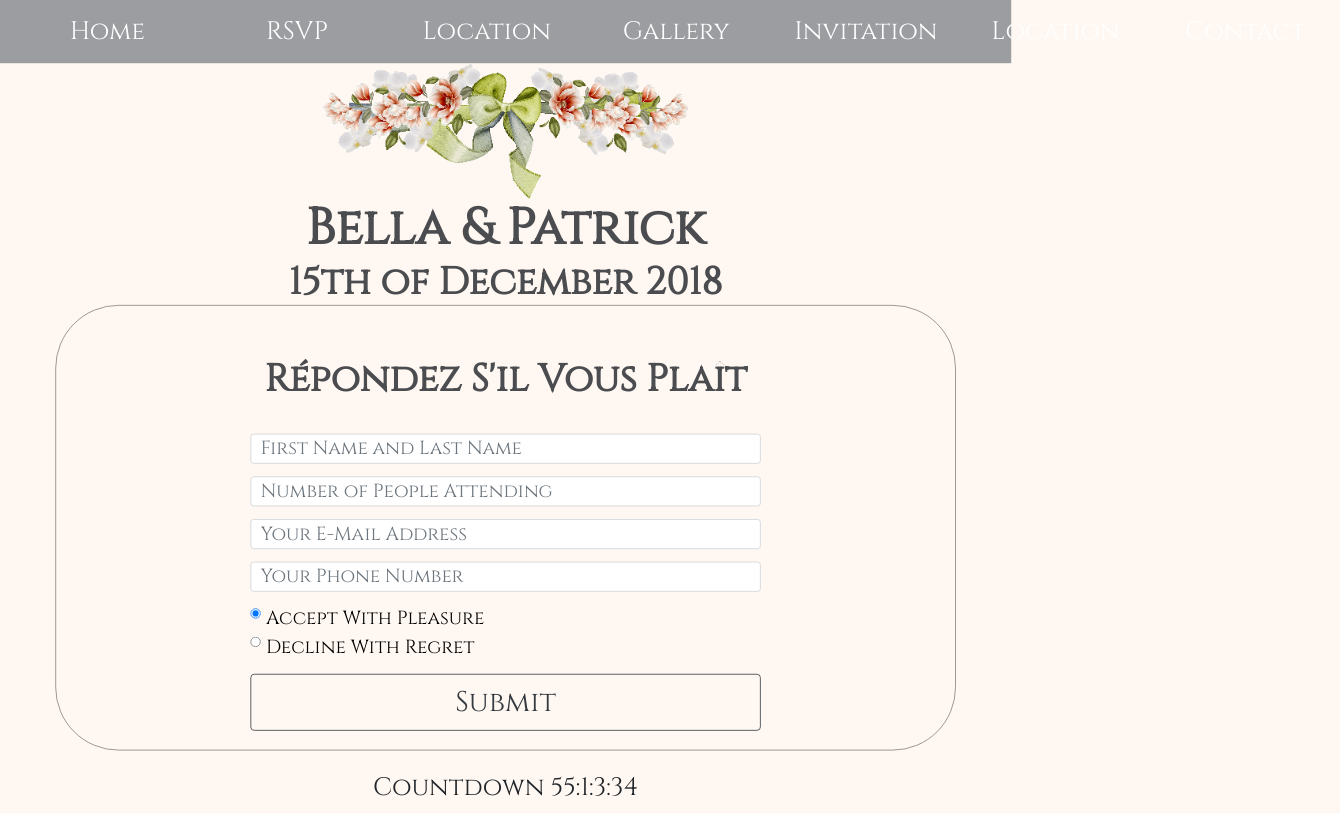
Repository: PMeiler/weddingApp
Page: http://localhost/form
The author's editor kept a record of every edit. The page is drawn from the files as they stood at one moment, then again after the next edit.
The browser window is 1280 px wide. The page is 1696 px wide, so the pictures cover 1696 px, including what lies to the right of the window. The pictures show the whole page, at 79% of full size.
Some web fonts or font styles are not loaded; a fallback is used. The page is served by the project's Node server (index.js). Other server files are loaded and not shown.

Above is the page before.

### views/public/form.ejs
<% include partials/header %>

<div class="container" style="border: 1px solid grey;border-radius:5rem;">
	<div class="jumbotron jumbotron-fluid">
	  <div class="container">
	  		<h1 class="display-4" id="header">Répondez S'il Vous Plaît </h1>
	    	<form style="width:60%; margin:2.5rem auto;" action="./form" method="POST">
	            <div class="form-group">
	                <input class="form-control" type="text" name="name" placeholder="First Name and Last Name" id="famName" required>
	            </div>
	            <div class="form-group" id="numbGroup">
	                <input class="form-control" type="text" name="numb" placeholder="Number of People Attending" id="numb" required>
	            </div>
	           	<div class="form-group">
	                <input class="form-control" type="text" name="email" placeholder="Your E-Mail Address" required>
	            </div>
	           	<div class="form-group">
	                <input class="form-control" type="text" name="tel" placeholder="Your Phone Number">
	            </div>


            <div class="form-group" id="radiobtn">



            	<div class="form-check">
				  <input class="form-check-input" type="radio" name="coming" id="exampleRadios1" value="coming" checked>
				  <label class="form-check-label" for="exampleRadios1">
				    Accept With Pleasure
				  </label>
				</div>


            	<div class="form-check">
				  <input class="form-check-input" type="radio" name="coming" id="exampleRadios1" value="nocoming" >
				  <label class="form-check-label" for="exampleRadios1">
				    Decline With Regret
				  </label>
				</div>


            </div>


            <div class="form-group">
                <button style="width:100%;" id="RSVP"  class="btn btn-outline-dark btn-lg">Submit</button>
            </div>
        </form>
	  </div>
	</div>
</div>

<% include partials/footer %>

### views/public/partials/header.ejs
<!DOCTYPE html>
<html>
<head>
	<title>From Grinberg to Meiler</title>
	<link rel="stylesheet" href="https://stackpath.bootstrapcdn.com/bootstrap/4.1.3/css/bootstrap.min.css" integrity="sha384-MCw98/SFnGE8fJT3GXwEOngsV7Zt27NXFoaoApmYm81iuXoPkFOJwJ8ERdknLPMO" crossorigin="anonymous">

	<!-- <link href="https://fonts.googleapis.com/css?family=Great+Vibes&amp;subset=latin-ext" rel="stylesheet">  -->
  	<link rel="stylesheet" href="CSS/style.css">
<link href="https://fonts.googleapis.com/css?family=Charmonman|Cinzel|Comfortaa|Dancing+Script|KoHo" rel="stylesheet">

</head>
<body>
<script src="Javascript/script.js"></script>



<nav class="navbar navbar-expand-lg navbar-dark bg-dark" id="navcolor">

  <button style="border-color:white;border-width:2px;height:4rem;font-size:2rem;" class="navbar-toggler" type="button" data-toggle="collapse" data-target="#navbarSupportedContent" aria-controls="navbarSupportedContent" aria-expanded="false" aria-label="Toggle navigation">
    <span style="color:white;" class="navbar-toggler-icon"></span>
  </button>
  	  <div class="collapse navbar-collapse" id="navbarSupportedContent">
	    <ul class="navbar-nav" style="margin:0 auto">
	      <li class="nav-item active">
	        <a class="nav-link" href="/">Home</a>
	      </li>
	      <li class="nav-item">
	        <a class="nav-link" href="./form">RSVP</a>
	      </li>
	       <li class="nav-item">
	        <a class="nav-link" href="./location">Location</a>
	      </li>
	      <li class="nav-item">
	        <a class="nav-link" href="./galery">Gallery</a>
	      </li>
	      <li class="nav-item">
	        <a class="nav-link" href="./invitation">Invitation</a>
	      </li>
	      <li class="nav-item">
	        <a class="nav-link" href="./location">Location</a>
	      </li>
	      <li class="nav-item">
	        <a class="nav-link" href="./hotelinfo">Contact</a>
	      </li>
	    </ul>
  </div>



</nav>

  	<div class="container">
			<img id="headofsite" src="blumen.png">
			<h1 class="display-4" id="titleLine" style="font-size:4rem;">Bella & Patrick</h1>
			<h1 class="display-4" id="titleLine" style="font-size:3rem;">15th of December 2018 </h1>
	</div>

### views/public/partials/footer.ejs
	<div class="cntdwn">
		<span class="countdown"></span>
	</div>
</div>


<script src="https://code.jquery.com/jquery-3.3.1.slim.min.js" integrity="sha384-q8i/X+965DzO0rT7abK41JStQIAqVgRVzpbzo5smXKp4YfRvH+8abtTE1Pi6jizo" crossorigin="anonymous"></script>
<script src="https://cdnjs.cloudflare.com/ajax/libs/popper.js/1.14.3/umd/popper.min.js" integrity="sha384-ZMP7rVo3mIykV+2+9J3UJ46jBk0WLaUAdn689aCwoqbBJiSnjAK/l8WvCWPIPm49" crossorigin="anonymous"></script>
<script src="https://stackpath.bootstrapcdn.com/bootstrap/4.1.3/js/bootstrap.min.js" integrity="sha384-ChfqqxuZUCnJSK3+MXmPNIyE6ZbWh2IMqE241rYiqJxyMiZ6OW/JmZQ5stwEULTy" crossorigin="anonymous"></script>
<script src="Javascript/scriptform.js"></script>
</body>
</html>

### index.js
var express = require("express");
var mongoose = require("mongoose");
var bodyParser = require("body-parser");
var Guest = require("./models/Guest.js")
var app = express();
var PORT = process.env.PORT || 3000;

const CONN_STRING3 = "mongodb://pmeiler:Axion912@ds237373.mlab.com:37373/weddingapp"
const CONN_STRING2 = "mongodb+srv://daedalus87:3LGrFX2olvYwoDLz!A1A2A3@cluster0-ms8bj.mongodb.net/test?retryWrites=true"
const CONN_STRING = "mongodb://daedalus87:3LGrFX2olvYwoDLz!A1A2A3@cluster0-shard-00-00-ms8bj.mongodb.net:27017,cluster0-shard-00-01-ms8bj.mongodb.net:27017,cluster0-shard-00-02-ms8bj.mongodb.net:27017/test?ssl=true&replicaSet=Cluster0-shard-0&authSource=admin&retryWrites=true"
app.set("view engine","ejs");
mongoose.connect(CONN_STRING3);
app.use(express.static(__dirname+"/public"));
app.use(bodyParser.urlencoded({extended: false}));

//GET-INDEX
app.get("/",function(req,res){
	res.render("./public/index")
});

//GET-ROUTE to find Form
app.get("/form",function(req,res){
	res.render("./public/form");
});

//POST-ROUTE for saving the rsvp Data
app.post("/form",function(req,res){

	var name = req.body.name;
	var numb = req.body.numb;
	var email = req.body.email;
	var tel = req.body.tel;
	var coming = req.body.coming;
	var guests = "";
	for(var i=0;i<=numb-2;i++){
		guests = guests + req.body["gname" + i] + "  // ";
	}
	Guest.create({
				name:name,
			    number: numb,
			    email: email,
			    tel:tel,
			    coming:coming,
			    guests:guests
				},function(err,guest){
					if(err){
						console.log(err);
						res.render("/form",{message:"Fehler"})
					}else{
						console.log(guest);
						res.redirect("/thanks");
					}
				});
	console.log(req.body);
	console.log(name+ " " + numb + " " + email +" " + tel + " " + coming);

});

//Contact
app.get("/hotelinfo",function(req,res){
	res.render("./public/contact");
});

//admin
app.get("/pasjimasjiadmin",function(req,res){
	Guest.find({coming:"coming"}, function(err,guest){
		if(err){
			res.status(404).send(err);
		}else{
			res.render("./public/admin",{guest:guest});
		}
	});

});

//galery
app.get("/galery",function(req,res){
	res.render("./public/galery");
});

//galery
app.get("/thanks",function(req,res){
	res.render("./public/thanks");
});


//invitation
app.get("/invitation",function(req,res){
	res.render("./public/invitation");
});


//location
app.get("/location",function(req,res){
	res.render("./public/location");
});

//

app.listen(PORT, function(){
	console.log("Server is listening on " + PORT);
	console.log(__dirname);
});

### public/CSS/style.css
body{
	background:rgba(255,245,238,0.8);
    font-size: 12px;
   	font-family: 'Cinzel', serif;

}

#navcolor{
	background-color:rgba(155, 157, 160,1) !important;
}

#titleLine{
	text-align: center;
	color:rgba(74, 76, 79,1);
	font-size: 6rem;
	margin-top: 0rem;
	margin-bottom: 0rem;
}

#header{
	color:rgba(74, 76, 79,1);
	text-align: center;
	font-size: 3rem;
	font-weight: bold;
	margin-top: 0.01em;
}

.row.display-flex {
  display: flex;
  flex-wrap: wrap;
}
.thumbnail {
  height: 100%;
}

#RSVPFRM{
	justify-content:center;
	margin:0 auto;
}

#navcenter{
	margin-left: 37%;
	margin-top: 0.4%;
}


#RSVP{
	justify-content: center;
	margin: auto;
	/*height: auto;
	width: 200px;*/
	font-size: 300%;
}

.testy{
	height:50px;
	width:50px;
}

#navbarID{
	background: rgba(50,50,50,0.8) !important;
}

.navmenu {
	 margin: 0 auto;
}
#slight{
	margin-top: 4rem;
}
.nav-link{
	color: rgba(255, 255, 255,1) !important;
	font-size: 2rem;
	display: flex;
	justify-content: center;
}

.img-thumbnail{
	padding: 0rem;
	margin-top: 1rem;
	border: 0px solid #dee2e6;
	border-radius: 0rem;
	max-width: 100%;
	height: auto;
	margin: 0 auto;
	object-fit: cover;
}

.col-sm{
	padding-left: 0px;
	padding-right: 0px;
}

.jumbotron.jumbotron-fluid{
	background: transparent;
	color: black;
	/*margin:0 auto;*/
	margin-bottom: -5rem;

}

.display-4{
	color:purple;
}



.cntdwn{
	margin-top: 1.75%;
	margin-bottom: auto;
	align-items: center;
	display: flex;
	justify-content: center;
	font-size: 2rem;
	text-align: center;
}

#textali{
	text-align: center;
	font-size: 2rem;
	margin-top: 1em;
	font-family: 'KoHo', sans-serif;
}


.nav-link:hover{
	color: black !important;
}

#headofsite{
	margin-left: auto;
	margin-right: auto;
	display: block;
}
.former{
	margin-top: 200px;
}
.form-control{
	font-size:1.5rem;
}
#cont{
	position: center;
	margin-top: 3%;
	height: 37em;
	color: white;
	border: 0.1px solid grey;
	border-radius: 5rem;
}

#radiobtn{
	font-size: 1.5rem;
}

#cont2{
	position: center;
	margin-top: 3%;
	height: 38rem;
	color: white;
	border: 0.1px solid grey;
	border-radius: 5rem;
}

.jumbotron{
	background-color: rgba(0,0,0,0.4);
}

.display-4{
	color:white;
	font-weight: bold;
	text-align: center;
}

.lead{
	font-size: 150%;
	text-align: center;
}

.nav.nav-center {
    margin:0;
    float:none;
}

.navbar-inner{
    text-align:center;
}


.nav.navbar-nav {
	display: flex;
	justify-content: center;
	flex-wrap: wrap;

}
@media (min-width: 768px) {
	.navbar-nav {
		float: none;
	}
}
li{
	margin: 0 auto;
	width:20em;
}

### public/Javascript/script.js
//alert("test")
//var endDat = new Date("December 15,2018,18:00:00");

window.setInterval(function(){
 var timeObj = getTimes(new Date("December 15,2018,18:00:00"),new Date());
 $(".countdown").text("Countdown " + timeObj.days + ":" + timeObj.hours + ":" + timeObj.minutes + ":" + timeObj.seconds);
 //console.log(timeObj.hours + ":" + timeObj.minutes + ":" + timeObj.seconds );
}, 1000);



function getTimes(endDate, startDate){
	var delta = Math.abs(endDate - startDate) / 1000;
	// calculate (and subtract) whole days
	var days = Math.floor(delta / 86400);
	delta -= days * 86400;
	// calculate (and subtract) whole hours
	var hours = Math.floor(delta / 3600) % 24;
	delta -= hours * 3600;
	// calculate (and subtract) whole minutes
	var minutes = Math.floor(delta / 60) % 60;
	delta -= minutes * 60;
	// what's left is seconds
	var seconds = Math.floor(delta % 60);  // in theory the modulus is not required

	var timeObj = {
					days:
						days,
					hours:
						hours,
					minutes:
					   	minutes,
					seconds:
					   	seconds
				   	};
	return timeObj;
}

### public/Javascript/scriptform.js
//alert("test")
//var endDat = new Date("December 15,2018,18:00:00");


$("#numb").change(function(){
	$(".addedItem").remove();
	var numbVal = $("#numb").val();
	if(numbVal>1){
		numbVal-=1;
		var content = "";
		console.log("Loop begins:")
		for(var i=0;i<=numbVal-1;i++){
			content = "<div class='form-group'> ";
			content = content + "<input class='form-control addedItem' type='text' name='gname" + i + "' placeholder='First Name and Last Name' required>";
			content=content + " </div>";
			$("#numbGroup").before(content);
		}
	}

});

After the next edit:
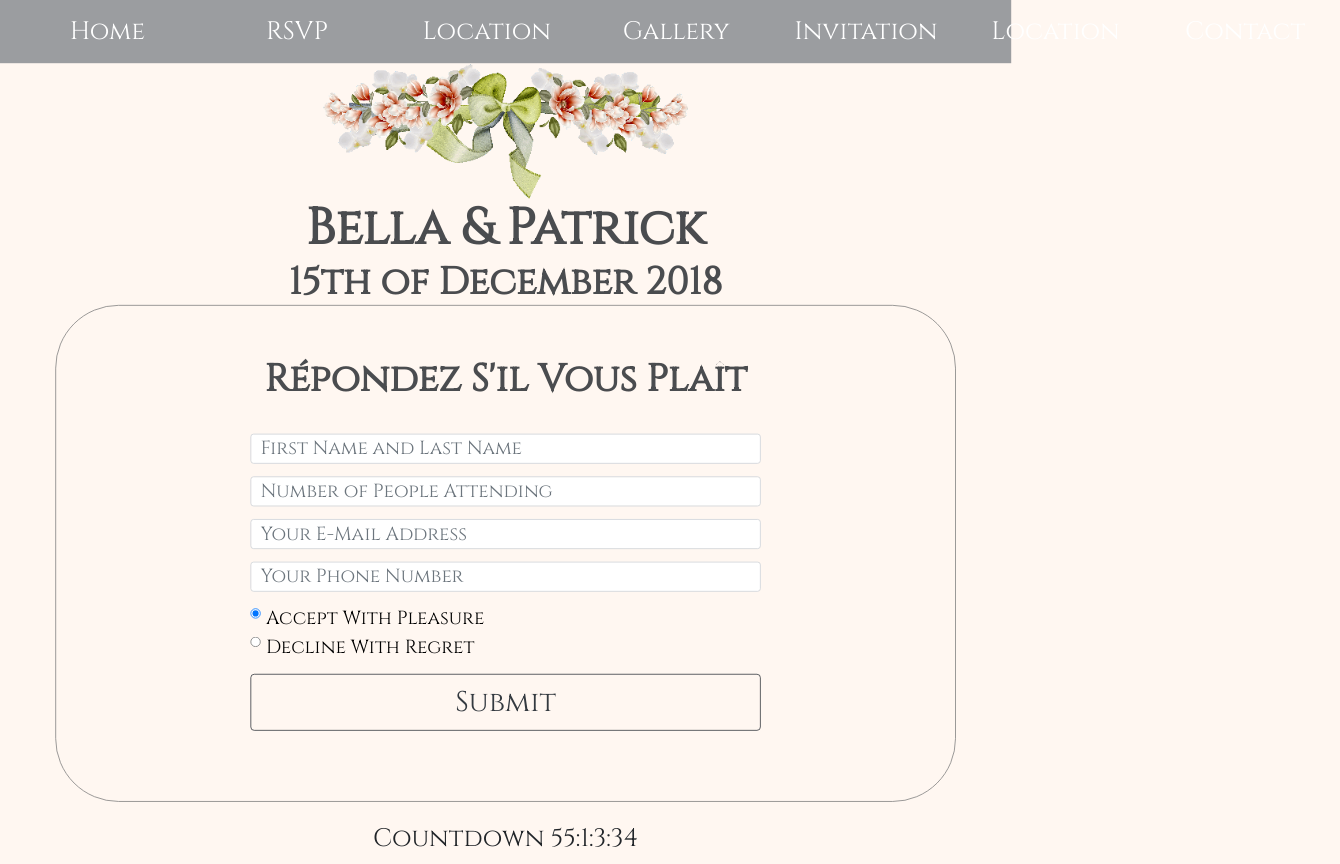
The edit:
--- a/views/public/form.ejs
+++ b/views/public/form.ejs
@@ -43,7 +43,7 @@
 
 
             <div class="form-group">
-                <button style="width:100%;" id="RSVP"  class="btn btn-outline-dark btn-lg">Submit</button>
+                <button style="width:100%;margin-bottom:10%;" id="RSVP"  class="btn btn-outline-dark btn-lg">Submit</button>
             </div>
         </form>
 	  </div>
